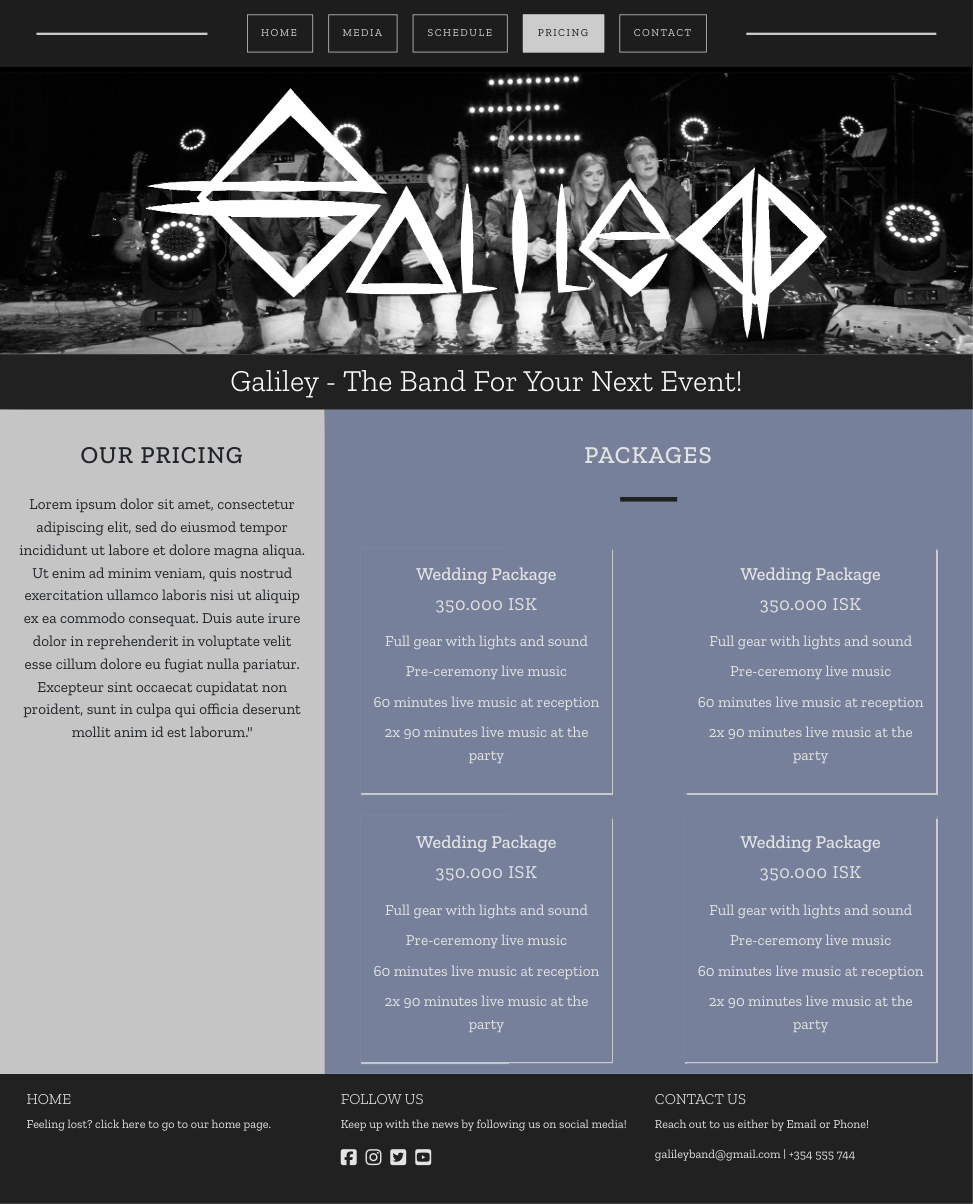
Repository: HeimirDavid/Galiley-Website
Page: pricing.html
The author's editor kept a record of every edit. The page is drawn from the files as they stood at one moment, then again after the next edit.
The browser window is 1280 px wide. The pictures show the whole page, at 76% of full size.
Some web libraries are served in a nearby version.

Above is the page before.

After the next edit:
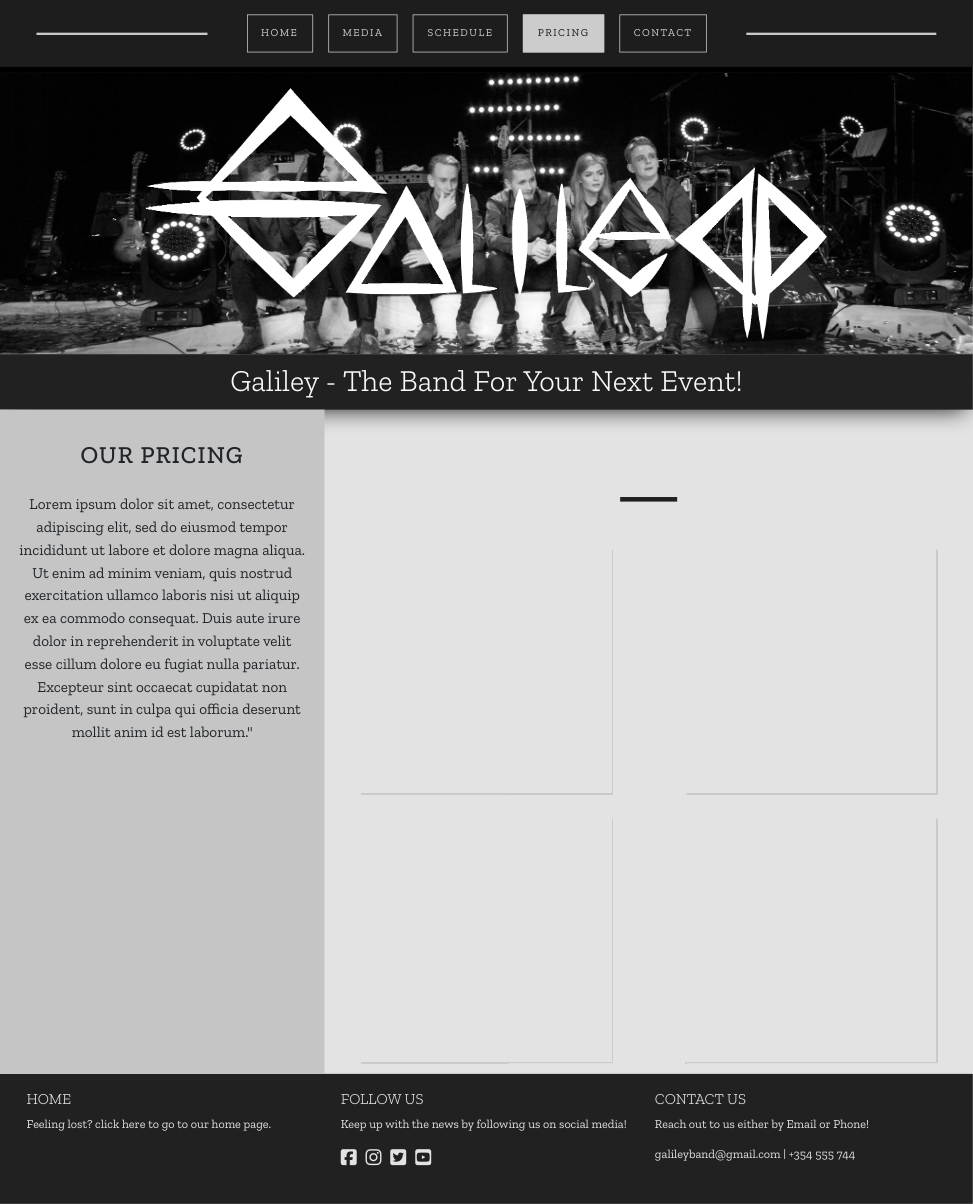
The edit:
--- a/pricing.html
+++ b/pricing.html
@@ -81,7 +81,7 @@
                     non proident, sunt in culpa qui officia deserunt mollit anim id est laborum."</p>
                 </div>
             </div>
-            <div class="col-md-8 grey-blue">
+            <div class="col-md-8">
                 <div class="row package-header-row">
                     <div class="col text-center">
                         <h2 class="header-h2 uppercase">Packages</h2>
